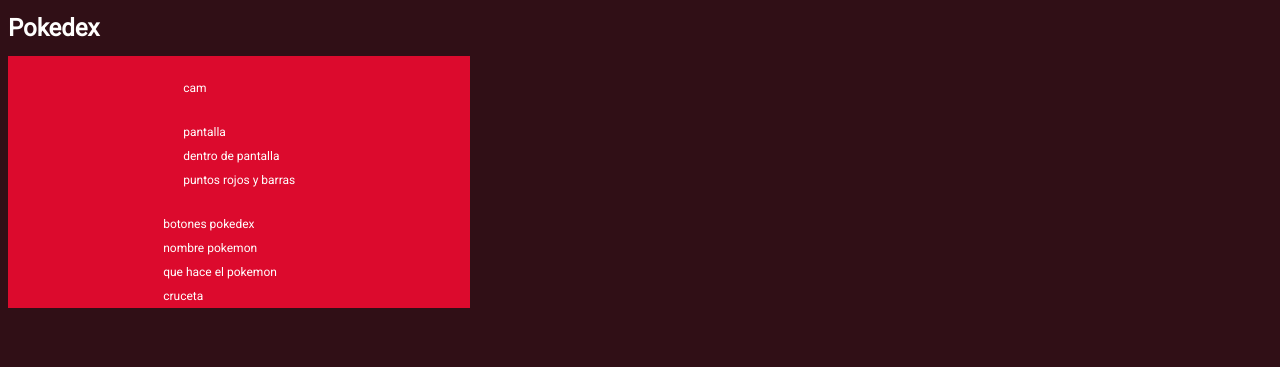
Repository: darkmantiz2/pokedex
Page: index.html
These files come from the project's save history. The page is drawn as it stood at one moment and after the next save; the edit follows.
The browser window is 1280 px wide. The pictures show the whole page.

Above is the page before, as saved 2022-01-18 16:19:48.

After the next save:
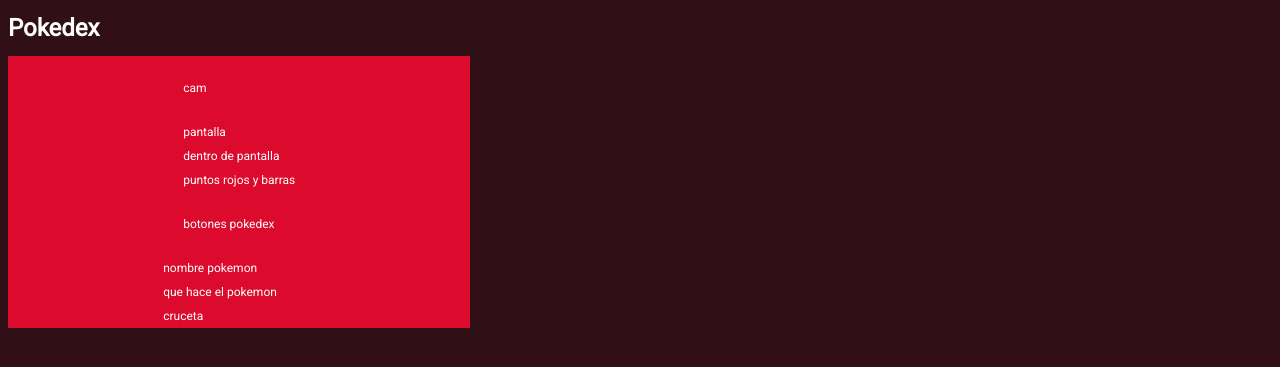
Saved 5 min 51 s later.
--- a/css/index.css
+++ b/css/index.css
@@ -32,3 +32,7 @@
 .container-screen{
   padding: 0 20px 20px;
 }
+
+.container-buttons{
+  padding: 0 20px 20px;
+}
